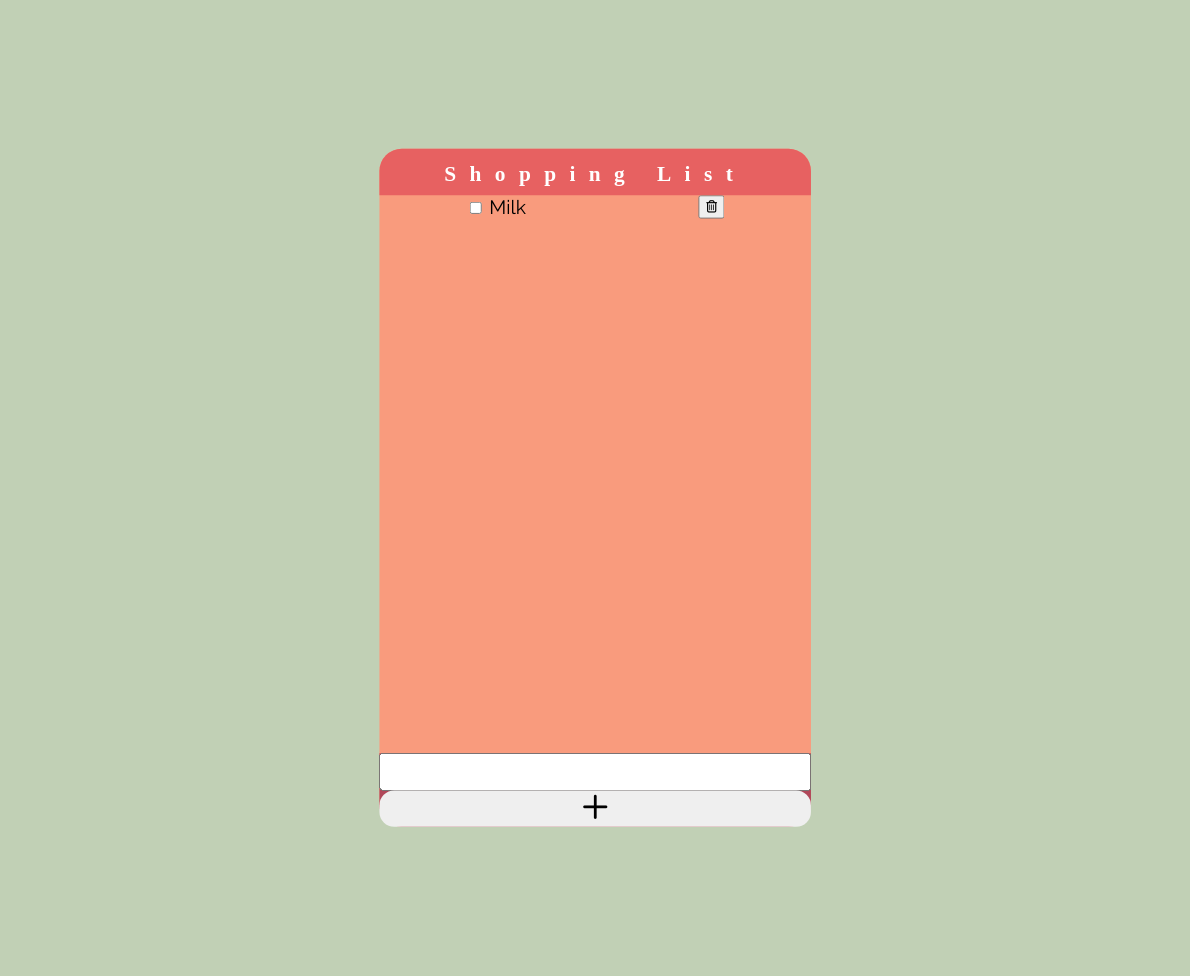
Repository: sephinejo/shopping-list-app
Page: index.html
The author's editor kept a copy of each file at every save. The page is drawn from the files as they stood at one save, then again after the next save.
The browser window is 1280 px wide. The pictures show the whole page, at 93% of full size.
Some web fonts or font styles are not loaded; a fallback is used. Some web libraries are served in a nearby version.

Above is the page before, as saved 2023-05-12 11:10:12.

After the next save:
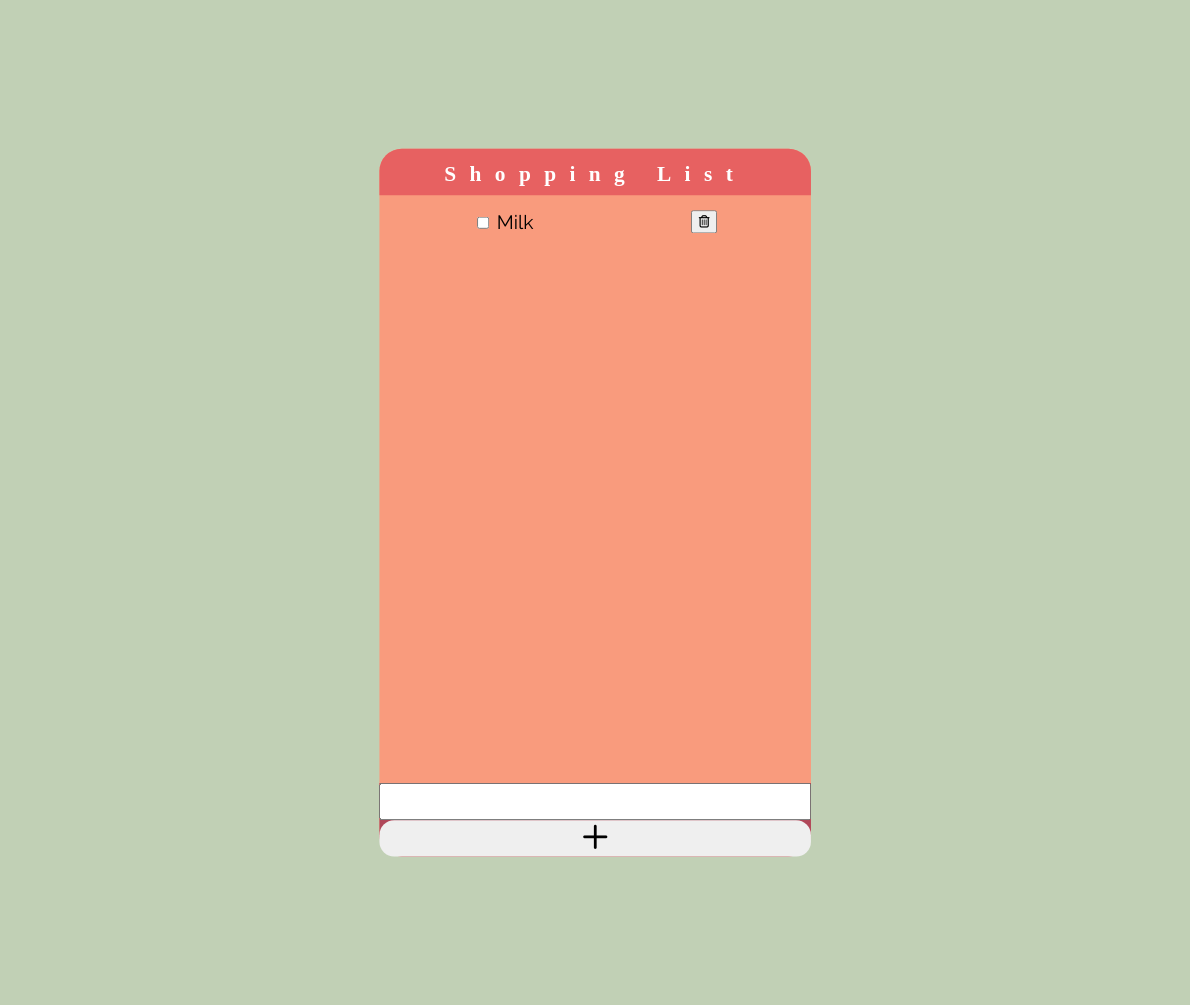
Saved 20 s later.
--- a/style.css
+++ b/style.css
@@ -29,7 +29,7 @@ body {
 .items {
   height: 600px;
   overflow-y: auto;
-  margin: 0;
+  margin: 1rem;
   padding: 0;
 }
 
